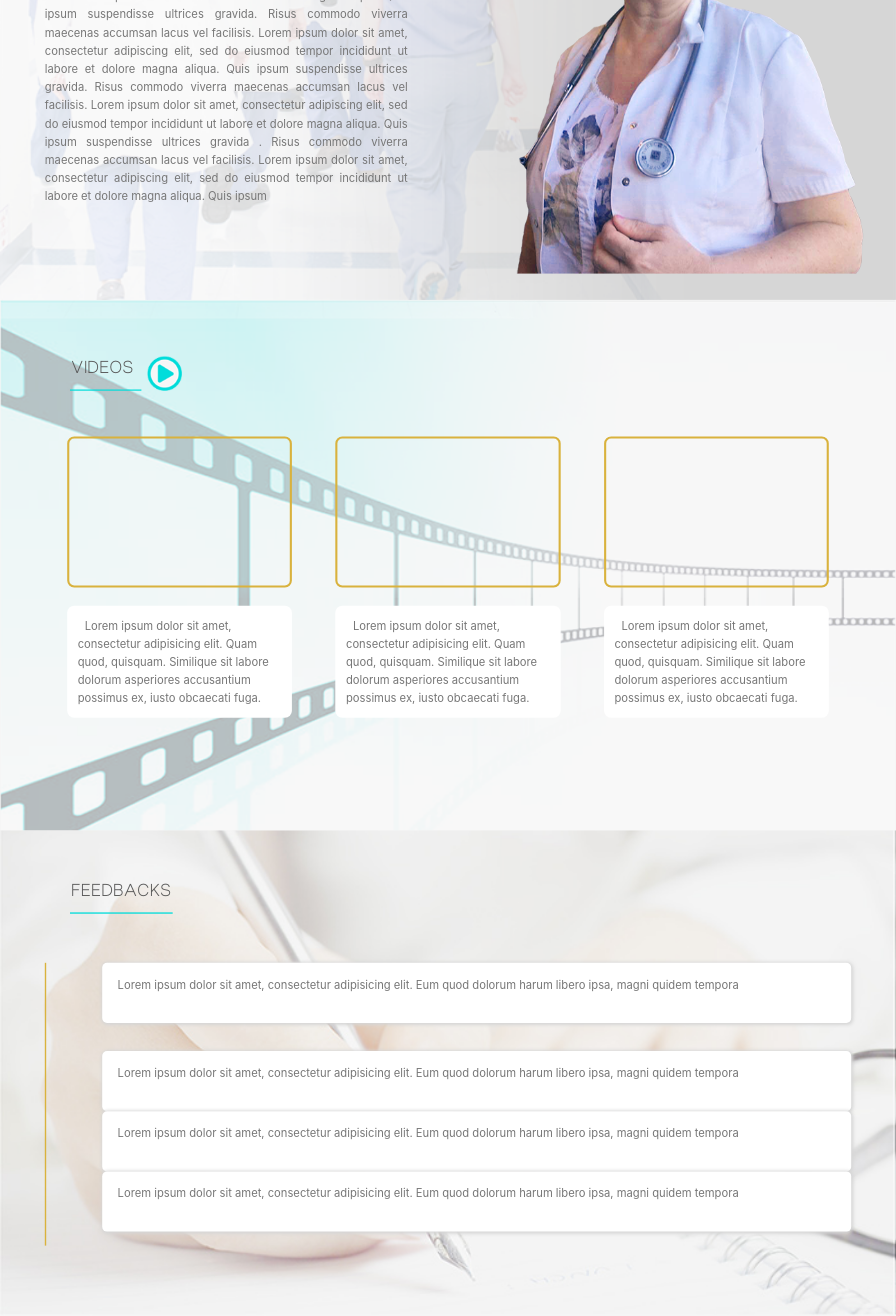
Repository: Aleksandre19/cv-ucmp
Page: index.html
The author's editor kept a record of every edit. The page is drawn from the files as they stood at one moment, then again after the next edit.
The browser window is 1280 px wide. The pictures show the part of the page from y = 2088 to 4008 px (the page is 3968 px tall before and 4008 px after), at 70% of full size.
Pictures or frames that could not be fetched are drawn as grey boxes. Backgrounds fixed to the window are drawn as part of the page. Some web libraries are served in a nearby version.

Above is the page before.

After the next edit:
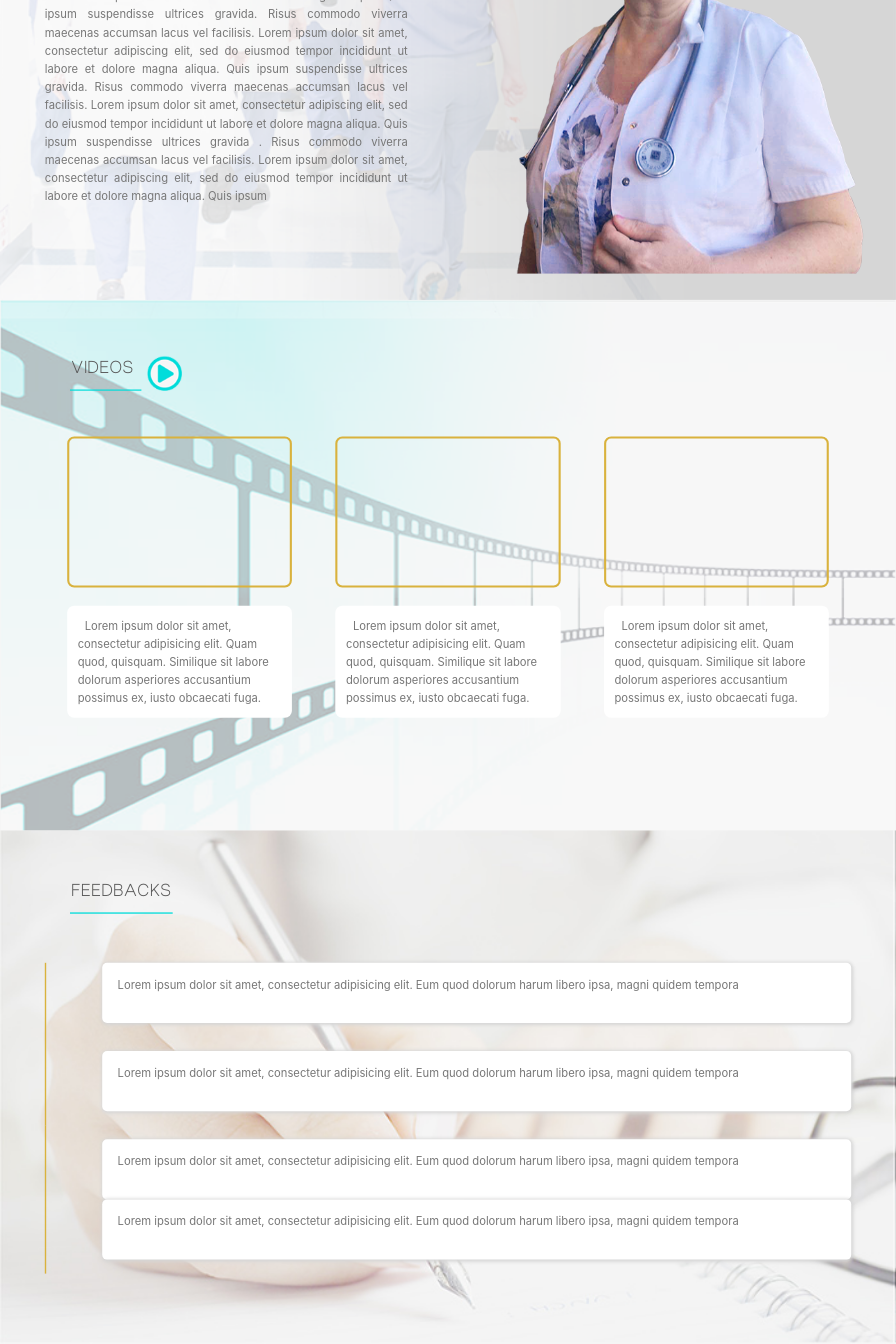
The edit:
--- a/index.html
+++ b/index.html
@@ -322,6 +322,8 @@
                     </p>
                 </div>
             </blockquote>
+            </div>
+            <div class="quote-wrapper img3">
             <blockquote class="container-fluid feedback-container">
                 <div class="row">
                     <div class="feedback-img feedback3 d-sm-none">
